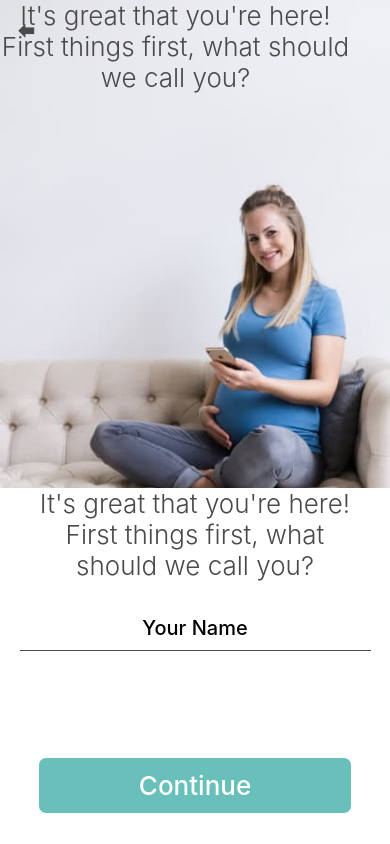
Repository: pheonixlegend/keleya
Screen: /Name
An editor plug-in stored every save of this project. The screen is shown before and after the next save, followed by the edit.
The app was drawn by React Native's web renderer in a window 390 px wide. The project was rebuilt for these pictures with package versions that can differ from the ones it lists, and the page was loaded fresh each time. Also part of the build but not shown: components/ImageHeader.tsx, components/LoginSignupDetails.tsx, screens/SignUp.tsx, screens/SignIn.tsx, screens/Date.tsx, screens/Workout.tsx, screens/Success.tsx.

Above is the screen before, as saved 2021-10-10 13:24:13.

### App.tsx
import { StatusBar } from 'expo-status-bar';
import React from 'react';
import { StyleSheet, Text, View } from 'react-native';
import Home from './screens/Home';
import { NavigationContainer } from '@react-navigation/native';
import AppStack from './routes/AppStack';

export default function App() {
  return (
    <NavigationContainer>
      <AppStack />
    </NavigationContainer>
  );
}

const styles = StyleSheet.create({
  container: {
    flex: 1,
    backgroundColor: '#fff',
    alignItems: 'center',
    justifyContent: 'center',
  },
});

### routes/AppStack.tsx
import { createStackNavigator } from '@react-navigation/stack';
import { Image } from 'react-native';
import Home from '../screens/Home';
import ImageHeader from '../components/ImageHeader';
import SignUp from '../screens/SignUp';
import SignIn from '../screens/SignIn';
import Name from '../screens/Name';
import Date from '../screens/Date';
import Workout from '../screens/Workout';
import Success from '../screens/Success';
import React from 'react';
import { Entypo } from '@expo/vector-icons';
import {RootStackParamList} from '../routes/RootStackPrams';

const Stack = createStackNavigator<RootStackParamList>();
    const appStack = () => {
        return (
            <Stack.Navigator
                screenOptions={{
                headerShown: false,
                headerTransparent: true,
                headerStyle: {
                  },
                  headerBackTitleStyle: {
                      opacity: 0,
                  },
                  headerTintColor: 'transparent'
                }}
            >
                <Stack.Screen name="Home" component={Home} />
                <Stack.Screen
                    name="SignUp"
                    component={SignUp}
                    options={{
                        headerShown: true,
                        headerBackImage: ()=>(<Entypo name='arrow-left' size={22}
                        color="#4a4a4a" style={{ paddingLeft: '20%', marginTop: '-10%' }} />)
                    }}
                />
                <Stack.Screen
                    name="SignIn"
                    component={SignIn}
                    options={{
                        headerShown: true,
                        headerBackImage: ()=>(<Entypo name='arrow-left' size={22}
                        color="#4a4a4a" style={{ paddingLeft: '20%', marginTop: '-10%' }} />)
                    }}
                />
                <Stack.Screen
                    name="Name"
                    component={Name}
                    options={{
                        headerShown: true,
                        headerBackImage: ()=>(<Entypo name='arrow-left' size={22}
                        color="#4a4a4a" style={{ paddingLeft: '20%', marginTop: '-10%' }} />)
                    }}
                />
                <Stack.Screen
                    name="Date"
                    component={Date}
                    options={{
                        headerShown: true,
                        headerBackImage: ()=>(<Entypo name='arrow-left' size={22}
                        color="#4a4a4a" style={{ paddingLeft: '20%', marginTop: '-10%' }} />)
                    }}
                />
                <Stack.Screen
                    name="Workout"
                    component={Workout}
                    options={{
                        headerShown: true,
                        headerBackImage: ()=>(<Entypo name='arrow-left' size={22}
                        color="#4a4a4a" style={{ paddingLeft: '20%', marginTop: '-10%' }} />)
                    }}
                />
                <Stack.Screen
                    name="Success"
                    component={Success}
                    options={{
                        headerShown: false,
                        headerBackImage: ()=>(<Entypo name='arrow-left' size={22}
                        color="#4a4a4a" style={{ paddingLeft: '20%', marginTop: '-10%' }} />)
                    }}
                />
            </Stack.Navigator>
        )
    }
export default appStack

### screens/Home.tsx
import { StatusBar } from 'expo-status-bar';
import React from 'react';
import { StyleSheet, Text, View, Button, Image, SafeAreaView, ImageBackground, TouchableOpacity } from 'react-native';
import { Global } from '../styles/Global';
import {useNavigation} from '@react-navigation/native';
import {StackNavigationProp} from '@react-navigation/stack';
import {RootStackParamList} from '../routes/RootStackPrams';

type authScreenProp = StackNavigationProp<RootStackParamList, 'Home'>;

function Home() {
  /* const signUpHandler = () => {
    navigation.push("Sign Up")
  }

  const signInHandler = () => {
    navigation.push("Sign In")
  }
 */
  const navigation = useNavigation<authScreenProp>();

  return (
    <ImageBackground source={require('../assets/images/first-intro-image.png')} style={styles.backgroundImage} >

    <SafeAreaView style={Global.container}>
      <StatusBar backgroundColor={'transparent'} translucent/>

      <View style={styles.imageContainer}>
        <Image source={require('../assets/images/keleya-logo.png')} style={styles.image} resizeMode="contain" />
      </View>

      <View style={styles.centeredView}>
        <Text style={styles.subText}>For a fit and relaxed pregnancy</Text>
      </View>

      <View style={styles.buttonContainer}>
      <TouchableOpacity style={styles.customBtnBGBottom} onPress={() => navigation.navigate('SignUp')}>
        <Text style={styles.customBtnTextBottom}>Get started</Text>
      </TouchableOpacity>


      <TouchableOpacity style={styles.customBtnBGBottom2} onPress={() => navigation.navigate('SignIn')}>
        <Text style={styles.customBtnTextBottom2}>Or login</Text>
      </TouchableOpacity>
      </View>
    </SafeAreaView>

    </ImageBackground>
  )
}

const styles = StyleSheet.create({
  imageContainer: {
    justifyContent: 'center',
    alignItems: 'center',
    height: '20%'
  },

  backgroundImage: {
    flex: 1,
    width: undefined,
    height: undefined,
    resizeMode: 'cover'
  },

  centeredView: {
    justifyContent: 'center',
    alignItems: 'center'
  },

  image: {
    width: '23%',
    height: '100%'
  },

  subText: {
    textAlign: 'center',
    fontSize: 24,
    fontWeight: "500",
    marginTop: '-3%',
    width: '53%',
    color: "#4a4a4a"
  },

  buttonContainer: {
    flex: 1,
    alignItems: 'center',
    height: '12.4%',
  },

  customBtnBGBottom: {
    backgroundColor: "#69c0ba",
    borderRadius: 7,
    width: '85%',
    height: '6.2%',
    position: 'absolute',
    bottom: 0,
    marginBottom: '23%',
    justifyContent: 'center',
    alignItems: 'center',
  },

  customBtnBGBottom2: {
    backgroundColor: "transparent",
    borderRadius: 7,
    width: '85%',
    position: 'absolute',
    bottom: 0,
    marginBottom: '10%',
    justifyContent: 'center',
    alignItems: 'center',
  },

  customBtnTextBottom: {
    fontSize: 26,
    fontWeight: "500",
    color: "#fff",
    textAlign: "center"
  },

  customBtnTextBottom2: {
    fontSize: 21,
    fontWeight: "600",
    color: "#4a4a4a",
    textAlign: "center"
  }

});

export default Home

### screens/Name.tsx
import {useNavigation} from '@react-navigation/native';
import { StatusBar } from 'expo-status-bar';
import React from 'react';
import { StyleSheet, Text, View, SafeAreaView, TouchableOpacity, TextInput } from 'react-native';
import { Global } from '../styles/Global';
import ImageHeaderMedium from '../components/ImageHeaderMedium';
import {StackNavigationProp} from '@react-navigation/stack';
import {RootStackParamList} from '../routes/RootStackPrams';
import NameTimeDetails from '../components/NameTimeDetails';

type nameScreenProp = StackNavigationProp<RootStackParamList, 'Name'>;

function Name() {
  const navigation = useNavigation<nameScreenProp>();

 return (
    <SafeAreaView style={styles.mainContainer}>
      <StatusBar backgroundColor={'transparent'} translucent/>
      <ImageHeaderMedium screenType = "nameScreen"/>
      {<NameTimeDetails screenType = "nameScreen" /> }

      <View style={styles.buttonContainer}>
          <TouchableOpacity style={styles.customBtnBGBottom} onPress={() => navigation.navigate('Date')}>
            <Text style={styles.customBtnTextBottom}>Continue</Text>
          </TouchableOpacity>
      </View>
    </SafeAreaView>
  )
}

const styles = StyleSheet.create({
  mainContainer: {
    flex: 1,
    backgroundColor: 'white'
  },

  forgotPasswordText: {
    textAlign: 'center',
    fontSize: 19,
    width: '90%',
    fontWeight: "300",
    color: "#4a4a4a",
    paddingBottom: '7%'
  },

  buttonContainer: {
    alignItems: 'center',
    width: '100%',
    bottom: 0,
    position: 'absolute',
  },

  customBtnBGBottom: {
    backgroundColor: "#69c0ba",
    borderRadius: 7,
    width: '80%',
    paddingTop: '3%',
    paddingBottom: '3%',
    marginBottom: '8%',
    justifyContent: 'center',
    alignItems: 'center',
  },

  customBtnTextBottom: {
    fontSize: 26,
    fontWeight: "500",
    color: "#ffff",
    textAlign: "center"
  }

});

export default Name

### styles/Global.tsx
import { StyleSheet } from 'react-native';

export const Global = StyleSheet.create({
    container: {
        flex: 1,
        backgroundColor: 'transparent',
    }
})

### components/ImageHeaderMedium.tsx
import React, { useState, FC } from 'react';
import { Text, View, StyleSheet, Image } from 'react-native';
import { Entypo } from '@expo/vector-icons';
import { LinearGradient } from 'expo-linear-gradient';

interface Props {
  screenType: string;
}

const ImageHeaderMedium: FC<Props> = ({ screenType }) => {

  let imageCondition = require('../assets/images/couch_smile.jpg')

  if (screenType == "dateScreen") {
    imageCondition = require('../assets/images/due-date-background-image.jpg')
  }
  else if (screenType == "workoutScreen") {
    imageCondition = require('../assets/images/workout-goal-background-image.jpg')
  }

  return (
    <Image source={imageCondition}
      style={[styles.image, screenType == "nameScreen" || "workoutScreen" ? { height: '65%' }
      : { height: '80%' }]} resizeMode="cover">
    </Image>
  );
}

const styles = StyleSheet.create({
  image: {
    flex: 1,
    position: 'absolute',
    width: '100%'
  }
});

export default ImageHeaderMedium

### components/NameTimeDetails.tsx
import React, { useState, FC } from 'react';
import { Text, View, StyleSheet, TextInput } from 'react-native';
import { MaterialIcons } from '@expo/vector-icons';
import { CheckBox } from 'react-native-elements';

interface Props {
  screenType: string;
}

const NameTimeDetails: FC<Props> = ({ screenType }) => {

 // const [screenType, setScreenType] = useState(0);

  return (
    <View>
      <Text style={styles.titleText}>
          {screenType == "nameScreen" ? 'It\'s great that you\'re here! First things first, what should we call you?'
           : 'When is your baby due, Sam?'}</Text>
      <View style={styles.centeredView}>
        <Text style={styles.subText}>
          {screenType == "nameScreen" ? 'It\'s great that you\'re here! First things first, what should we call you?'
           : 'When is your baby due, Sam?'}</Text>

        <TextInput
          placeholder="Your Name"
          style={styles.input}
        />
      </View>
    </View>
  )
}

const styles = StyleSheet.create({
  centeredView: {
    justifyContent: 'flex-start',
    alignItems: 'center',
    backgroundColor: 'white',
    marginTop: '125%',
    paddingLeft: '5%',
    paddingRight: '5%'
  },

  subText: {
    textAlign: 'center',
    fontSize: 26,
    width: '90%',
    fontWeight: "300",
    color: "#4a4a4a",
    paddingBottom: '10%'
  },

  titleText: {
    textAlign: 'center',
    fontSize: 26,
    width: '90%',
    fontWeight: "300",
    color: "#4a4a4a",
    paddingBottom: '10%',
    position: 'absolute',
    top: 0,
    flex: 1
  },

  forgotPasswordText: {
    textAlign: 'center',
    fontSize: 19,
    width: '90%',
    fontWeight: "300",
    color: "#4a4a4a",
    paddingBottom: '7%'
  },

  buttonContainer: {
    alignItems: 'center',
    width: '100%',
    bottom: 0,
    position: 'absolute',
  },

  customBtnBGBottom: {
    backgroundColor: "#69c0ba",
    borderRadius: 7,
    width: '80%',
    paddingTop: '3%',
    paddingBottom: '3%',
    marginBottom: '8%',
    justifyContent: 'center',
    alignItems: 'center',
  },

  customBtnTextBottom: {
    fontSize: 26,
    fontWeight: "500",
    color: "#ffff",
    textAlign: "center"
  },

  input: {
    width: '100%',
    fontSize: 20,
    textAlign: 'center',
    fontWeight: '500',
    paddingLeft: '10%',
    paddingRight: '10%',
    paddingBottom: '3%',
    marginBottom: '12%',
    borderBottomColor: '#4a4a4a',
    borderBottomWidth: 1
  },

  checkboxView: {
    alignItems:'flex-start',
    justifyContent:'flex-start',
    marginTop: '-6%',
    paddingLeft: '5%',
    paddingRight: '5%',
    // display: 'none'
  },

  label: {
    margin: 8,
  }

});

export default NameTimeDetails

After the next save:
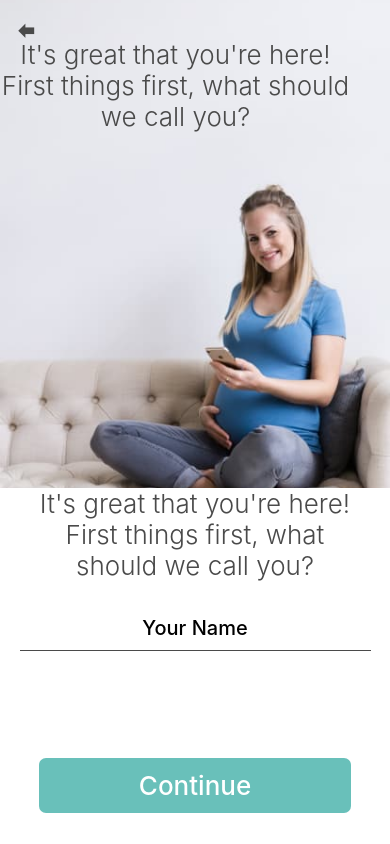
Saved 47 s later.
--- a/components/NameTimeDetails.tsx
+++ b/components/NameTimeDetails.tsx
@@ -58,7 +58,7 @@ const styles = StyleSheet.create({
     paddingBottom: '10%',
     position: 'absolute',
     top: 0,
-    flex: 1
+    paddingTop: '10%'
   },
 
   forgotPasswordText: {
